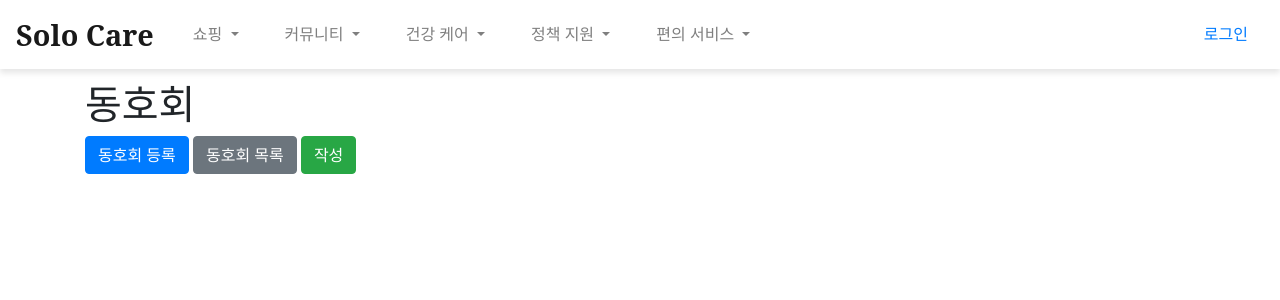
Repository: HB1112/cloud
Page: http://localhost/Solocare/WEB-INF/views/club/clubBoard.jsp
An editor plug-in stored every save of this project. The page is shown before and after the next save, followed by the edit.
The browser window is 1280 px wide. The pictures show the whole page.
The page is served by Tomcat 9. Nobody is signed in. The template is opened directly, without the code that normally fills it, so the values that code supplies are empty.

Above is the page before, as saved 2024-12-13 02:56:10.

After the next save:
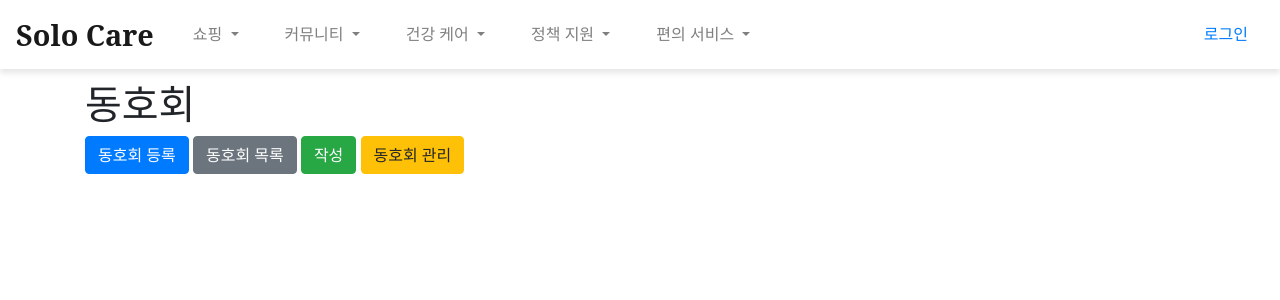
Saved 78 s later.
--- a/Solocare/src/main/webapp/WEB-INF/views/club/clubBoard.jsp
+++ b/Solocare/src/main/webapp/WEB-INF/views/club/clubBoard.jsp
@@ -28,6 +28,7 @@
 			<a href="regist" class="btn btn-primary">동호회 등록</a>
 			<a href="list" class="btn btn-secondary">동호회 목록</a>
 			<a href="write" class="btn btn-success">작성</a>
+			<a href="manage" class="btn btn-warning">동호회 관리</a>
 		</nav>
 	</div>
 </body>
